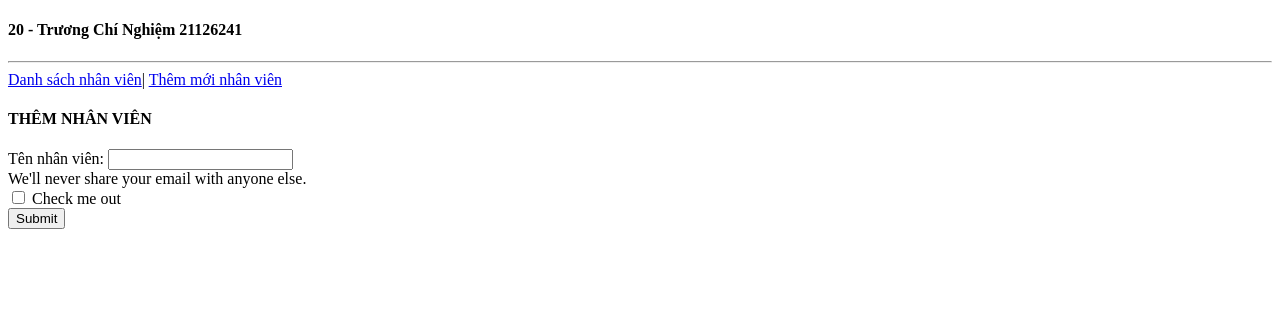
Repository: TruongChiNghiem1/wwwServlet
Page: http://localhost/20_TruongChiNghiem_21126241/views/AddData/index.jsp
The author's editor kept a copy of each file at every save. The page is drawn from the files as they stood at one save, then again after the next save.
The browser window is 1280 px wide. The pictures show the whole page.
The page is served by Tomcat 10. Other server files are loaded and not shown.

Above is the page before, as saved 2024-10-25 19:09:05.

### 20_TruongChiNghiem_21126241/src/main/webapp/views/AddData/index.jsp
<%@ page language="java" contentType="text/html; charset=UTF-8"
	pageEncoding="UTF-8"%>
<!DOCTYPE html>
<html>
<head>
<meta charset="UTF-8">
<title>Insert title here</title>
</head>
<body>
	<div class="d-flex justify-content-center m-3">
		<h4>20 - Trương Chí Nghiệm 21126241</h4>
	</div>
	<hr>
	<div class="d-flex justify-content-center m-3">
		<a href="/20_TruongChiNghiem_21126241">Danh sách nhân viên</a>| <a
			href="/20_TruongChiNghiem_21126241/add-data">Thêm mới nhân viên</a>
	</div>
	<div class="d-flex justify-content-center m-3">
		<h4>THÊM NHÂN VIÊN</h4>
	</div>
	<div>
		<form>
			<div class="mb-3">
				<label for="exampleInputEmail1" class="form-label">Tên nhân viên:</label>
				<input type="text" class="form-control" name="tenNV">
				<div id="emailHelp" class="form-text">We'll never share your
					email with anyone else.</div>
			</div>

			<div class="mb-3 form-check">
				<input type="checkbox" class="form-check-input" id="exampleCheck1">
				<label class="form-check-label" for="exampleCheck1">Check me
					out</label>
			</div>
			<button type="submit" class="btn btn-primary">Submit</button>
		</form>
	</div>
</body>
</html>

After the next save:
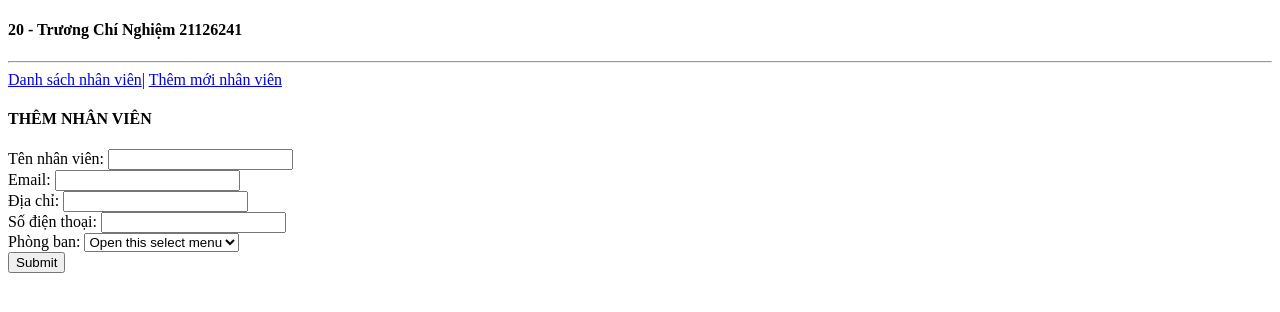
Saved 66 s later.
--- a/20_TruongChiNghiem_21126241/src/main/webapp/views/AddData/index.jsp
+++ b/20_TruongChiNghiem_21126241/src/main/webapp/views/AddData/index.jsp
@@ -21,16 +21,30 @@
 	<div>
 		<form>
 			<div class="mb-3">
-				<label for="exampleInputEmail1" class="form-label">Tên nhân viên:</label>
+				<label for="exampleInputEmail1" class="form-label">Tên nhân
+					viên:</label> <input type="text" class="form-control" name="tenNV">
+			</div>
+			<div class="mb-3">
+				<label for="exampleInputEmail1" class="form-label">Email:</label> <input
+					type="text" class="form-control" name="tenNV">
+			</div>
+			<div class="mb-3">
+				<label for="exampleInputEmail1" class="form-label">Địa chỉ:</label>
 				<input type="text" class="form-control" name="tenNV">
-				<div id="emailHelp" class="form-text">We'll never share your
-					email with anyone else.</div>
 			</div>
-
-			<div class="mb-3 form-check">
-				<input type="checkbox" class="form-check-input" id="exampleCheck1">
-				<label class="form-check-label" for="exampleCheck1">Check me
-					out</label>
+			<div class="mb-3">
+				<label for="exampleInputEmail1" class="form-label">Số điện
+					thoại:</label> <input type="text" class="form-control" name="tenNV">
+			</div>
+			<div class="mb-3">
+				<label for="exampleInputEmail1" class="form-label">Phòng
+					ban:</label> <select class="form-select"
+					aria-label="Default select example">
+					<option selected>Open this select menu</option>
+					<option value="1">One</option>
+					<option value="2">Two</option>
+					<option value="3">Three</option>
+				</select>
 			</div>
 			<button type="submit" class="btn btn-primary">Submit</button>
 		</form>
